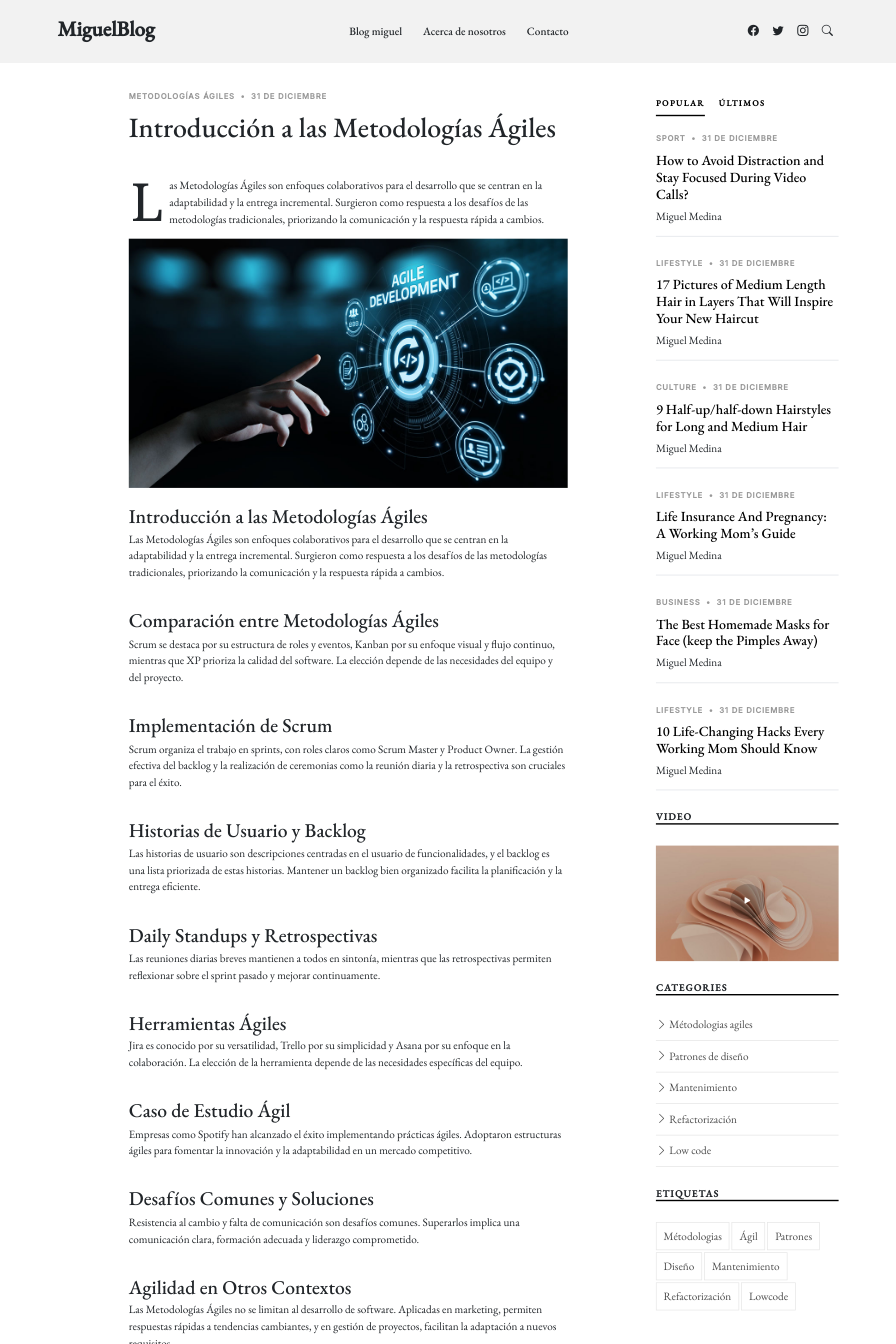
Repository: MiguelDev5/blog-miguel
Page: ma-post.html
These files come from the project's save history. The page is drawn as it stood at one moment and after the next save; the edit follows.
The browser window is 1280 px wide. The pictures show the part of the page from y = 0 to 1920 px (the page is 3064 px tall), at 70% of full size.
Some web fonts or font styles are not loaded; a fallback is used.

Above is the page before, as saved 2024-01-01 20:19:37.

After the next save:
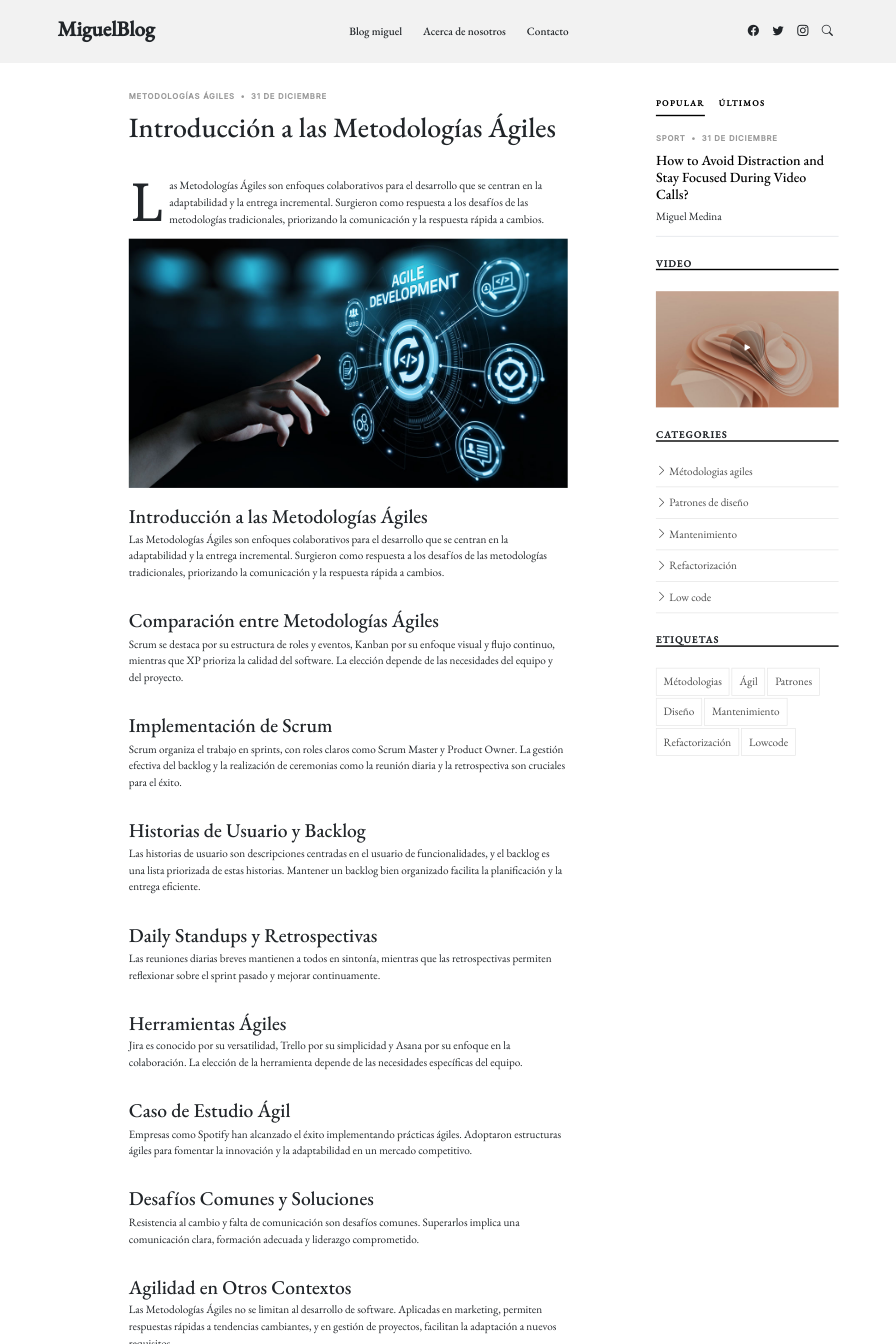
Saved 1 s later.
--- a/ma-post.html
+++ b/ma-post.html
@@ -187,35 +187,7 @@
                     <span class="author mb-3 d-block">Miguel Medina</span>
                   </div>
 
-                  <div class="post-entry-1 border-bottom">
-                    <div class="post-meta"><span class="date">Lifestyle</span> <span class="mx-1">&bullet;</span> <span>31 de Diciembre</span></div>
-                    <h2 class="mb-2"><a href="#">17 Pictures of Medium Length Hair in Layers That Will Inspire Your New Haircut</a></h2>
-                    <span class="author mb-3 d-block">Miguel Medina</span>
-                  </div>
-
-                  <div class="post-entry-1 border-bottom">
-                    <div class="post-meta"><span class="date">Culture</span> <span class="mx-1">&bullet;</span> <span>31 de Diciembre</span></div>
-                    <h2 class="mb-2"><a href="#">9 Half-up/half-down Hairstyles for Long and Medium Hair</a></h2>
-                    <span class="author mb-3 d-block">Miguel Medina</span>
-                  </div>
-
-                  <div class="post-entry-1 border-bottom">
-                    <div class="post-meta"><span class="date">Lifestyle</span> <span class="mx-1">&bullet;</span> <span>31 de Diciembre</span></div>
-                    <h2 class="mb-2"><a href="#">Life Insurance And Pregnancy: A Working Mom’s Guide</a></h2>
-                    <span class="author mb-3 d-block">Miguel Medina</span>
-                  </div>
-
-                  <div class="post-entry-1 border-bottom">
-                    <div class="post-meta"><span class="date">Business</span> <span class="mx-1">&bullet;</span> <span>31 de Diciembre</span></div>
-                    <h2 class="mb-2"><a href="#">The Best Homemade Masks for Face (keep the Pimples Away)</a></h2>
-                    <span class="author mb-3 d-block">Miguel Medina</span>
-                  </div>
-
-                  <div class="post-entry-1 border-bottom">
-                    <div class="post-meta"><span class="date">Lifestyle</span> <span class="mx-1">&bullet;</span> <span>31 de Diciembre</span></div>
-                    <h2 class="mb-2"><a href="#">10 Life-Changing Hacks Every Working Mom Should Know</a></h2>
-                    <span class="author mb-3 d-block">Miguel Medina</span>
-                  </div>
+
                 </div> <!-- End Popular -->
 
 
@@ -228,35 +200,7 @@
                     <span class="author mb-3 d-block">Miguel Medina</span>
                   </div>
 
-                  <div class="post-entry-1 border-bottom">
-                    <div class="post-meta"><span class="date">Business</span> <span class="mx-1">&bullet;</span> <span>31 de Diciembre</span></div>
-                    <h2 class="mb-2"><a href="#">The Best Homemade Masks for Face (keep the Pimples Away)</a></h2>
-                    <span class="author mb-3 d-block">Miguel Medina</span>
-                  </div>
-
-                  <div class="post-entry-1 border-bottom">
-                    <div class="post-meta"><span class="date">Lifestyle</span> <span class="mx-1">&bullet;</span> <span>31 de Diciembre</span></div>
-                    <h2 class="mb-2"><a href="#">10 Life-Changing Hacks Every Working Mom Should Know</a></h2>
-                    <span class="author mb-3 d-block">Miguel Medina</span>
-                  </div>
-
-                  <div class="post-entry-1 border-bottom">
-                    <div class="post-meta"><span class="date">Sport</span> <span class="mx-1">&bullet;</span> <span>31 de Diciembre</span></div>
-                    <h2 class="mb-2"><a href="#">How to Avoid Distraction and Stay Focused During Video Calls?</a></h2>
-                    <span class="author mb-3 d-block">Miguel Medina</span>
-                  </div>
-
-                  <div class="post-entry-1 border-bottom">
-                    <div class="post-meta"><span class="date">Lifestyle</span> <span class="mx-1">&bullet;</span> <span>31 de Diciembre</span></div>
-                    <h2 class="mb-2"><a href="#">17 Pictures of Medium Length Hair in Layers That Will Inspire Your New Haircut</a></h2>
-                    <span class="author mb-3 d-block">Miguel Medina</span>
-                  </div>
-
-                  <div class="post-entry-1 border-bottom">
-                    <div class="post-meta"><span class="date">Culture</span> <span class="mx-1">&bullet;</span> <span>31 de Diciembre</span></div>
-                    <h2 class="mb-2"><a href="#">9 Half-up/half-down Hairstyles for Long and Medium Hair</a></h2>
-                    <span class="author mb-3 d-block">Miguel Medina</span>
-                  </div>
+
 
                 </div> <!-- End Latest -->
 
